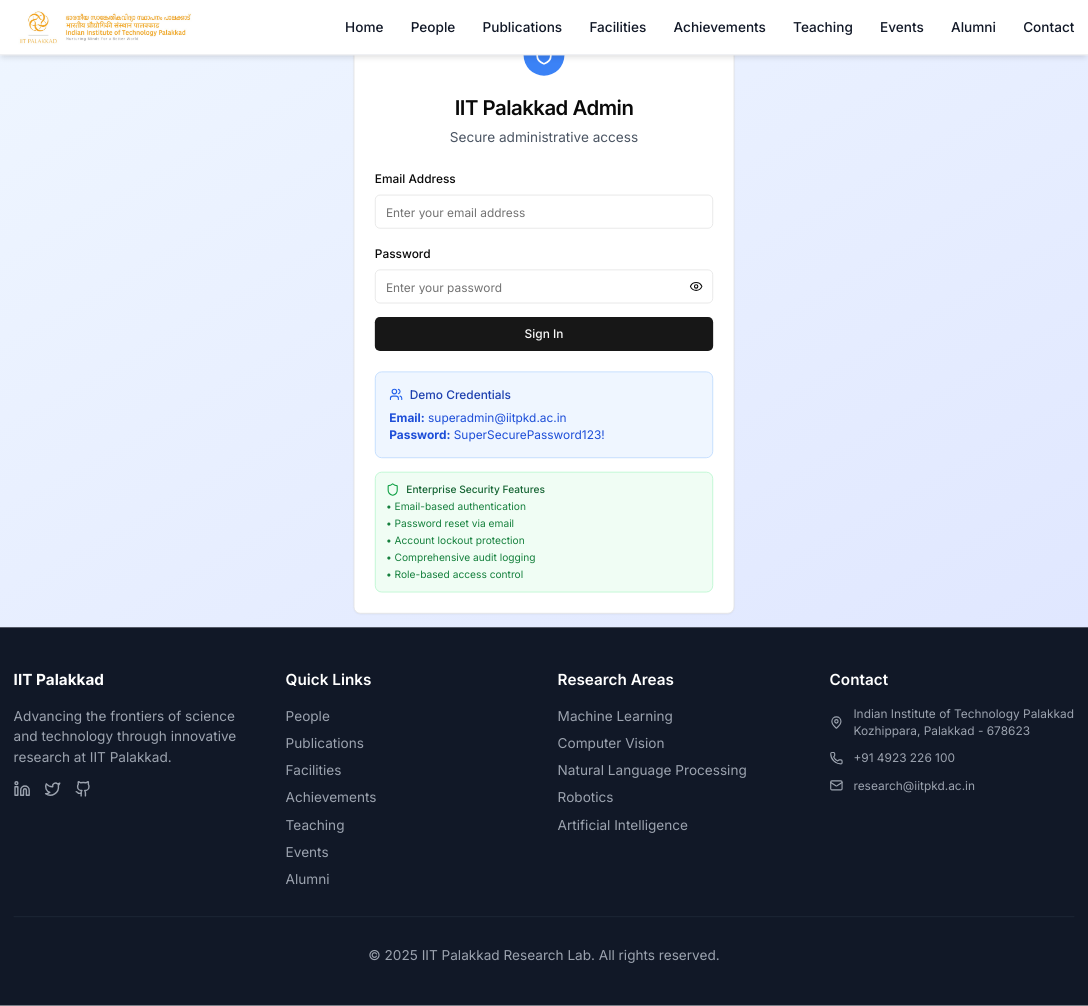
Repository: Gopikrish-30/iit-palakkad-arise
Page: /admin/login
These files come from the project's save history. The page is drawn as it stood at one moment and after the next save; the edit follows.
The browser window is 1280 px wide. The pictures show the whole page, at 85% of full size.
The project was rebuilt for these pictures with package versions that can differ from the ones it lists, and the page was loaded fresh each time. The framework's server and built-in components were replaced by stand-ins that run in the browser. Also part of the build but not shown: next.config.mjs.

Above is the page before, as saved 2025-06-19 21:50:06.

### app/layout.tsx
import type React from "react"
import type { Metadata } from "next"
import { Inter } from "next/font/google"
import "./globals.css"
import Navigation from "@/components/layout/navigation"
import Footer from "@/components/layout/footer"
import { DataProvider } from "@/lib/data-context"

const inter = Inter({ subsets: ["latin"] })

export const metadata: Metadata = {
  title: "IIT Palakkad Research Lab",
  description: "Advancing the frontiers of science and technology through innovative research",
    generator: 'v0.dev'
}

export default function RootLayout({
  children,
}: {
  children: React.ReactNode
}) {
  return (
    <html lang="en">
      <body className={inter.className}>
        <DataProvider>
          <Navigation />
          <main>{children}</main>
          <Footer />
        </DataProvider>
      </body>
    </html>
  )
}

### app/admin/login/page.tsx
"use client"

import { useState } from "react"
import { useRouter } from "next/navigation"
import { Card, CardContent, CardHeader, CardTitle } from "@/components/ui/card"
import { Button } from "@/components/ui/button"
import { Input } from "@/components/ui/input"
import { Label } from "@/components/ui/label"
import { Lock, Eye, EyeOff, AlertTriangle, Mail, ArrowLeft, Shield, Users, Key } from "lucide-react"

export default function AdminLogin() {
  const [email, setEmail] = useState("")
  const [password, setPassword] = useState("")
  const [showPassword, setShowPassword] = useState(false)
  const [error, setError] = useState("")
  const [isLoading, setIsLoading] = useState(false)

  const router = useRouter()

  const handleLogin = async (e: React.FormEvent) => {
    e.preventDefault()
    setIsLoading(true)
    setError("")

    try {
      const response = await fetch('/api/auth/login', {
        method: 'POST',
        headers: {
          'Content-Type': 'application/json',
        },
        body: JSON.stringify({ email, password }),
        credentials: 'include'
      })

      const data = await response.json()

      if (data.success) {
        router.push('/admin')
      } else {
        if (data.requiresEmailVerification) {
          setError('Please verify your email address before logging in. Check your inbox for the verification link.')
        } else if (data.isLocked) {
          const lockoutTime = new Date(data.lockoutExpiry).toLocaleTimeString()
          setError(`Account is temporarily locked due to too many failed attempts. Try again after ${lockoutTime}.`)
        } else {
          setError(data.error || 'Login failed')
        }
      }
    } catch (error) {
      console.error('Login error:', error)
      setError('Network error. Please try again.')
    }

    setIsLoading(false)
  }





  return (
    <div className="min-h-screen bg-gradient-to-br from-blue-50 to-indigo-100 flex items-center justify-center p-4">
      <Card className="w-full max-w-md">
        <CardHeader className="text-center">
          <div className="mx-auto w-12 h-12 bg-blue-500 rounded-full flex items-center justify-center mb-4">
            <Shield className="h-6 w-6 text-white" />
          </div>
          <CardTitle className="text-2xl">IIT Palakkad Admin</CardTitle>
          <p className="text-gray-600">Secure administrative access</p>
        </CardHeader>
        <CardContent>
          <form onSubmit={handleLogin} className="space-y-4">
            <div className="space-y-2">
              <Label htmlFor="email">Email Address</Label>
              <Input
                id="email"
                type="email"
                value={email}
                onChange={(e) => setEmail(e.target.value)}
                placeholder="Enter your email address"
                required
              />
            </div>

            <div className="space-y-2">
              <Label htmlFor="password">Password</Label>
              <div className="relative">
                <Input
                  id="password"
                  type={showPassword ? "text" : "password"}
                  value={password}
                  onChange={(e) => setPassword(e.target.value)}
                  placeholder="Enter your password"
                  required
                />
                <Button
                  type="button"
                  variant="ghost"
                  size="sm"
                  className="absolute right-0 top-0 h-full px-3 py-2 hover:bg-transparent"
                  onClick={() => setShowPassword(!showPassword)}
                >
                  {showPassword ? (
                    <EyeOff className="h-4 w-4" />
                  ) : (
                    <Eye className="h-4 w-4" />
                  )}
                </Button>
              </div>
            </div>

            {error && (
              <div className="p-3 bg-red-50 border border-red-200 rounded-md flex items-center gap-2">
                <AlertTriangle className="h-4 w-4 text-red-600" />
                <span className="text-sm text-red-800">{error}</span>
              </div>
            )}

            <Button type="submit" className="w-full" disabled={isLoading}>
              {isLoading ? "Signing in..." : "Sign In"}
            </Button>
          </form>

          <div className="mt-6 p-4 bg-blue-50 border border-blue-200 rounded-lg">
            <div className="flex items-center gap-2 mb-2">
              <Users className="h-4 w-4 text-blue-600" />
              <span className="text-sm font-medium text-blue-800">Demo Credentials</span>
            </div>
            <p className="text-sm text-blue-700">
              <strong>Email:</strong> superadmin@iitpkd.ac.in<br />
              <strong>Password:</strong> SuperSecurePassword123!
            </p>
          </div>

          <div className="mt-4 p-3 bg-green-50 border border-green-200 rounded-lg">
            <div className="flex items-center gap-2 mb-1">
              <Shield className="h-4 w-4 text-green-600" />
              <span className="text-xs font-medium text-green-800">Enterprise Security Features</span>
            </div>
            <ul className="text-xs text-green-700 space-y-1">
              <li>• Email-based authentication</li>
              <li>• Password reset via email</li>
              <li>• Account lockout protection</li>
              <li>• Comprehensive audit logging</li>
              <li>• Role-based access control</li>
            </ul>
          </div>
        </CardContent>
      </Card>
    </div>
  )
}

### components/layout/navigation.tsx
"use client"

import { useState, useEffect } from "react"
import { motion } from "framer-motion"
import Link from "next/link"
import Image from "next/image"
import { usePathname } from "next/navigation"
import { Button } from "@/components/ui/button"
import { Sheet, SheetContent, SheetTrigger } from "@/components/ui/sheet"
import { Menu, ChevronUp } from "lucide-react"

const navItems = [
  { name: "Home", href: "/" },
  { name: "People", href: "/people" },
  { name: "Publications", href: "/publications" },
  { name: "Facilities", href: "/instruments" },
  { name: "Achievements", href: "/achievements" },
  { name: "Teaching", href: "/teaching" },
  { name: "Events", href: "/events" },
  { name: "Alumni", href: "/alumni" },
  { name: "Contact", href: "/contact" },
]

export default function Navigation() {
  const [isScrolled, setIsScrolled] = useState(false)
  const [showBackToTop, setShowBackToTop] = useState(false)
  const [mobileMenuOpen, setMobileMenuOpen] = useState(false)
  const pathname = usePathname()

  useEffect(() => {
    const handleScroll = () => {
      setIsScrolled(window.scrollY > 50)
      setShowBackToTop(window.scrollY > 300)
    }

    window.addEventListener("scroll", handleScroll)
    return () => window.removeEventListener("scroll", handleScroll)
  }, [])

  const scrollToTop = () => {
    window.scrollTo({ top: 0, behavior: "smooth" })
  }

  return (
    <>
      {/* Navigation Bar - Always white background with shadow */}
      <motion.nav
        initial={{ y: -100 }}
        animate={{ y: 0 }}
        transition={{ duration: 0.5 }}
        className="fixed top-0 left-0 right-0 z-50 bg-white shadow-md border-b border-gray-200"
      >
        <div className="container mx-auto px-4">
          <div className="flex items-center justify-between h-16">
            {/* Logo */}
            <Link href="/" className="flex items-center">
              <Image
                src="/iit-palakkad-logo.png.jpg"
                alt="IIT Palakkad"
                width={200}
                height={50}
                className="h-10 w-auto object-contain"
                priority
              />
            </Link>

            {/* Desktop Navigation */}
            <div className="hidden md:flex items-center space-x-8">
              {navItems.map((item) => (
                <Link
                  key={item.name}
                  href={item.href}
                  className={`transition-colors hover:text-blue-600 font-medium ${
                    pathname === item.href ? "text-blue-600 font-semibold" : "text-gray-900"
                  }`}
                >
                  {item.name}
                </Link>
              ))}
            </div>

            {/* Mobile Menu Button */}
            <Sheet open={mobileMenuOpen} onOpenChange={setMobileMenuOpen}>
              <SheetTrigger asChild>
                <Button variant="ghost" size="icon" className="md:hidden text-gray-900 hover:bg-gray-100">
                  <Menu className="h-6 w-6" />
                </Button>
              </SheetTrigger>
              <SheetContent side="right" className="w-64">
                <div className="flex flex-col space-y-4 mt-8">
                  {navItems.map((item) => (
                    <Link
                      key={item.name}
                      href={item.href}
                      onClick={() => setMobileMenuOpen(false)}
                      className={`text-lg transition-colors hover:text-blue-600 ${
                        pathname === item.href ? "text-blue-600 font-semibold" : "text-gray-700"
                      }`}
                    >
                      {item.name}
                    </Link>
                  ))}
                </div>
              </SheetContent>
            </Sheet>
          </div>
        </div>
      </motion.nav>

      {/* Back to Top Button */}
      {showBackToTop && (
        <motion.button
          initial={{ opacity: 0, scale: 0 }}
          animate={{ opacity: 1, scale: 1 }}
          exit={{ opacity: 0, scale: 0 }}
          onClick={scrollToTop}
          className="fixed bottom-8 right-8 z-50 p-3 bg-blue-600 text-white rounded-full shadow-lg hover:bg-blue-700 transition-colors"
        >
          <ChevronUp className="h-6 w-6" />
        </motion.button>
      )}
    </>
  )
}

### components/ui/card.tsx
import * as React from "react"

import { cn } from "@/lib/utils"

const Card = React.forwardRef<
  HTMLDivElement,
  React.HTMLAttributes<HTMLDivElement>
>(({ className, ...props }, ref) => (
  <div
    ref={ref}
    className={cn(
      "rounded-lg border bg-card text-card-foreground shadow-sm",
      className
    )}
    {...props}
  />
))
Card.displayName = "Card"

const CardHeader = React.forwardRef<
  HTMLDivElement,
  React.HTMLAttributes<HTMLDivElement>
>(({ className, ...props }, ref) => (
  <div
    ref={ref}
    className={cn("flex flex-col space-y-1.5 p-6", className)}
    {...props}
  />
))
CardHeader.displayName = "CardHeader"

const CardTitle = React.forwardRef<
  HTMLDivElement,
  React.HTMLAttributes<HTMLDivElement>
>(({ className, ...props }, ref) => (
  <div
    ref={ref}
    className={cn(
      "text-2xl font-semibold leading-none tracking-tight",
      className
    )}
    {...props}
  />
))
CardTitle.displayName = "CardTitle"

const CardDescription = React.forwardRef<
  HTMLDivElement,
  React.HTMLAttributes<HTMLDivElement>
>(({ className, ...props }, ref) => (
  <div
    ref={ref}
    className={cn("text-sm text-muted-foreground", className)}
    {...props}
  />
))
CardDescription.displayName = "CardDescription"

const CardContent = React.forwardRef<
  HTMLDivElement,
  React.HTMLAttributes<HTMLDivElement>
>(({ className, ...props }, ref) => (
  <div ref={ref} className={cn("p-6 pt-0", className)} {...props} />
))
CardContent.displayName = "CardContent"

const CardFooter = React.forwardRef<
  HTMLDivElement,
  React.HTMLAttributes<HTMLDivElement>
>(({ className, ...props }, ref) => (
  <div
    ref={ref}
    className={cn("flex items-center p-6 pt-0", className)}
    {...props}
  />
))
CardFooter.displayName = "CardFooter"

export { Card, CardHeader, CardFooter, CardTitle, CardDescription, CardContent }

### components/ui/button.tsx
import * as React from "react"
import { Slot } from "@radix-ui/react-slot"
import { cva, type VariantProps } from "class-variance-authority"

import { cn } from "@/lib/utils"

const buttonVariants = cva(
  "inline-flex items-center justify-center gap-2 whitespace-nowrap rounded-md text-sm font-medium ring-offset-background transition-colors focus-visible:outline-none focus-visible:ring-2 focus-visible:ring-ring focus-visible:ring-offset-2 disabled:pointer-events-none disabled:opacity-50 [&_svg]:pointer-events-none [&_svg]:size-4 [&_svg]:shrink-0",
  {
    variants: {
      variant: {
        default: "bg-primary text-primary-foreground hover:bg-primary/90",
        destructive:
          "bg-destructive text-destructive-foreground hover:bg-destructive/90",
        outline:
          "border border-input bg-background hover:bg-accent hover:text-accent-foreground",
        secondary:
          "bg-secondary text-secondary-foreground hover:bg-secondary/80",
        ghost: "hover:bg-accent hover:text-accent-foreground",
        link: "text-primary underline-offset-4 hover:underline",
      },
      size: {
        default: "h-10 px-4 py-2",
        sm: "h-9 rounded-md px-3",
        lg: "h-11 rounded-md px-8",
        icon: "h-10 w-10",
      },
    },
    defaultVariants: {
      variant: "default",
      size: "default",
    },
  }
)

export interface ButtonProps
  extends React.ButtonHTMLAttributes<HTMLButtonElement>,
    VariantProps<typeof buttonVariants> {
  asChild?: boolean
}

const Button = React.forwardRef<HTMLButtonElement, ButtonProps>(
  ({ className, variant, size, asChild = false, ...props }, ref) => {
    const Comp = asChild ? Slot : "button"
    return (
      <Comp
        className={cn(buttonVariants({ variant, size, className }))}
        ref={ref}
        suppressHydrationWarning
        {...props}
      />
    )
  }
)
Button.displayName = "Button"

export { Button, buttonVariants }

### components/ui/input.tsx
import * as React from "react"

import { cn } from "@/lib/utils"

const Input = React.forwardRef<HTMLInputElement, React.ComponentProps<"input">>(
  ({ className, type, ...props }, ref) => {
    return (
      <input
        type={type}
        className={cn(
          "flex h-10 w-full rounded-md border border-input bg-background px-3 py-2 text-base ring-offset-background file:border-0 file:bg-transparent file:text-sm file:font-medium file:text-foreground placeholder:text-muted-foreground focus-visible:outline-none focus-visible:ring-2 focus-visible:ring-ring focus-visible:ring-offset-2 disabled:cursor-not-allowed disabled:opacity-50 md:text-sm",
          className
        )}
        ref={ref}
        suppressHydrationWarning
        {...props}
      />
    )
  }
)
Input.displayName = "Input"

export { Input }

### components/ui/label.tsx
"use client"

import * as React from "react"
import * as LabelPrimitive from "@radix-ui/react-label"
import { cva, type VariantProps } from "class-variance-authority"

import { cn } from "@/lib/utils"

const labelVariants = cva(
  "text-sm font-medium leading-none peer-disabled:cursor-not-allowed peer-disabled:opacity-70"
)

const Label = React.forwardRef<
  React.ElementRef<typeof LabelPrimitive.Root>,
  React.ComponentPropsWithoutRef<typeof LabelPrimitive.Root> &
    VariantProps<typeof labelVariants>
>(({ className, ...props }, ref) => (
  <LabelPrimitive.Root
    ref={ref}
    className={cn(labelVariants(), className)}
    {...props}
  />
))
Label.displayName = LabelPrimitive.Root.displayName

export { Label }

### components/ui/sheet.tsx
"use client"

import * as React from "react"
import * as SheetPrimitive from "@radix-ui/react-dialog"
import { cva, type VariantProps } from "class-variance-authority"
import { X } from "lucide-react"

import { cn } from "@/lib/utils"

const Sheet = SheetPrimitive.Root

const SheetTrigger = SheetPrimitive.Trigger

const SheetClose = SheetPrimitive.Close

const SheetPortal = SheetPrimitive.Portal

const SheetOverlay = React.forwardRef<
  React.ElementRef<typeof SheetPrimitive.Overlay>,
  React.ComponentPropsWithoutRef<typeof SheetPrimitive.Overlay>
>(({ className, ...props }, ref) => (
  <SheetPrimitive.Overlay
    className={cn(
      "fixed inset-0 z-50 bg-black/80  data-[state=open]:animate-in data-[state=closed]:animate-out data-[state=closed]:fade-out-0 data-[state=open]:fade-in-0",
      className
    )}
    {...props}
    ref={ref}
  />
))
SheetOverlay.displayName = SheetPrimitive.Overlay.displayName

const sheetVariants = cva(
  "fixed z-50 gap-4 bg-background p-6 shadow-lg transition ease-in-out data-[state=open]:animate-in data-[state=closed]:animate-out data-[state=closed]:duration-300 data-[state=open]:duration-500",
  {
    variants: {
      side: {
        top: "inset-x-0 top-0 border-b data-[state=closed]:slide-out-to-top data-[state=open]:slide-in-from-top",
        bottom:
          "inset-x-0 bottom-0 border-t data-[state=closed]:slide-out-to-bottom data-[state=open]:slide-in-from-bottom",
        left: "inset-y-0 left-0 h-full w-3/4 border-r data-[state=closed]:slide-out-to-left data-[state=open]:slide-in-from-left sm:max-w-sm",
        right:
          "inset-y-0 right-0 h-full w-3/4  border-l data-[state=closed]:slide-out-to-right data-[state=open]:slide-in-from-right sm:max-w-sm",
      },
    },
    defaultVariants: {
      side: "right",
    },
  }
)

interface SheetContentProps
  extends React.ComponentPropsWithoutRef<typeof SheetPrimitive.Content>,
    VariantProps<typeof sheetVariants> {}

const SheetContent = React.forwardRef<
  React.ElementRef<typeof SheetPrimitive.Content>,
  SheetContentProps
>(({ side = "right", className, children, ...props }, ref) => (
  <SheetPortal>
    <SheetOverlay />
    <SheetPrimitive.Content
      ref={ref}
      className={cn(sheetVariants({ side }), className)}
      {...props}
    >
      {children}
      <SheetPrimitive.Close className="absolute right-4 top-4 rounded-sm opacity-70 ring-offset-background transition-opacity hover:opacity-100 focus:outline-none focus:ring-2 focus:ring-ring focus:ring-offset-2 disabled:pointer-events-none data-[state=open]:bg-secondary">
        <X className="h-4 w-4" />
        <span className="sr-only">Close</span>
      </SheetPrimitive.Close>
    </SheetPrimitive.Content>
  </SheetPortal>
))
SheetContent.displayName = SheetPrimitive.Content.displayName

const SheetHeader = ({
  className,
  ...props
}: React.HTMLAttributes<HTMLDivElement>) => (
  <div
    className={cn(
      "flex flex-col space-y-2 text-center sm:text-left",
      className
    )}
    {...props}
  />
)
SheetHeader.displayName = "SheetHeader"

const SheetFooter = ({
  className,
  ...props
}: React.HTMLAttributes<HTMLDivElement>) => (
  <div
    className={cn(
      "flex flex-col-reverse sm:flex-row sm:justify-end sm:space-x-2",
      className
    )}
    {...props}
  />
)
SheetFooter.displayName = "SheetFooter"

const SheetTitle = React.forwardRef<
  React.ElementRef<typeof SheetPrimitive.Title>,
  React.ComponentPropsWithoutRef<typeof SheetPrimitive.Title>
>(({ className, ...props }, ref) => (
  <SheetPrimitive.Title
    ref={ref}
    className={cn("text-lg font-semibold text-foreground", className)}
    {...props}
  />
))
SheetTitle.displayName = SheetPrimitive.Title.displayName

const SheetDescription = React.forwardRef<
  React.ElementRef<typeof SheetPrimitive.Description>,
  React.ComponentPropsWithoutRef<typeof SheetPrimitive.Description>
>(({ className, ...props }, ref) => (
  <SheetPrimitive.Description
    ref={ref}
    className={cn("text-sm text-muted-foreground", className)}
    {...props}
  />
))
SheetDescription.displayName = SheetPrimitive.Description.displayName

export {
  Sheet,
  SheetPortal,
  SheetOverlay,
  SheetTrigger,
  SheetClose,
  SheetContent,
  SheetHeader,
  SheetFooter,
  SheetTitle,
  SheetDescription,
}

Loaded but not shown: app/globals.css (common file); lib/utils.ts (common file); tailwind.config.ts (common file); lib/data-context.tsx (825 lines, source omitted); components/layout/footer.tsx (117 lines, source omitted)

After the next save:
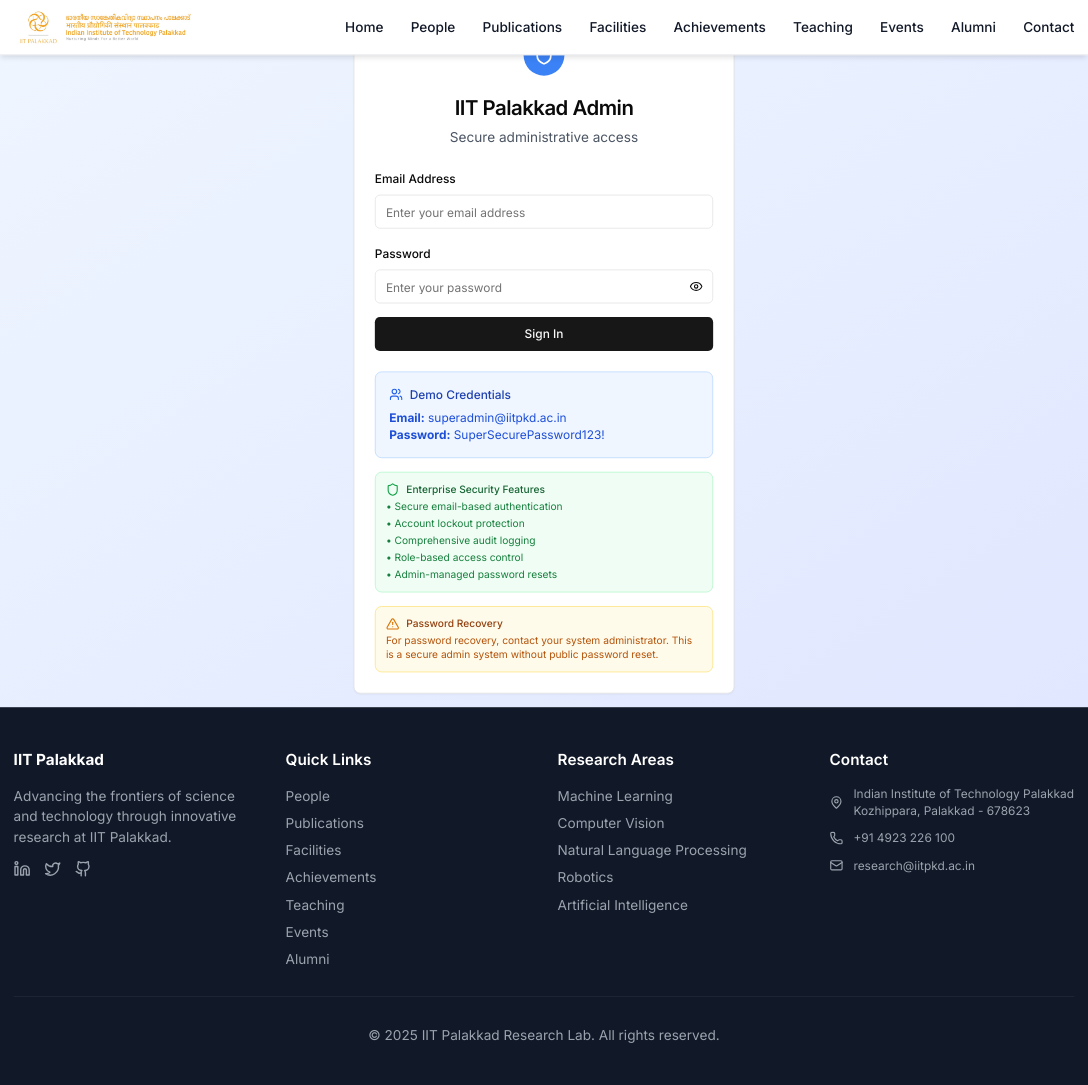
Saved 20 s later.
--- a/app/admin/login/page.tsx
+++ b/app/admin/login/page.tsx
@@ -138,12 +138,22 @@
               <span className="text-xs font-medium text-green-800">Enterprise Security Features</span>
             </div>
             <ul className="text-xs text-green-700 space-y-1">
-              <li>• Email-based authentication</li>
-              <li>• Password reset via email</li>
+              <li>• Secure email-based authentication</li>
               <li>• Account lockout protection</li>
               <li>• Comprehensive audit logging</li>
               <li>• Role-based access control</li>
+              <li>• Admin-managed password resets</li>
             </ul>
+          </div>
+
+          <div className="mt-4 p-3 bg-amber-50 border border-amber-200 rounded-lg">
+            <div className="flex items-center gap-2 mb-1">
+              <AlertTriangle className="h-4 w-4 text-amber-600" />
+              <span className="text-xs font-medium text-amber-800">Password Recovery</span>
+            </div>
+            <p className="text-xs text-amber-700">
+              For password recovery, contact your system administrator. This is a secure admin system without public password reset.
+            </p>
           </div>
         </CardContent>
       </Card>
